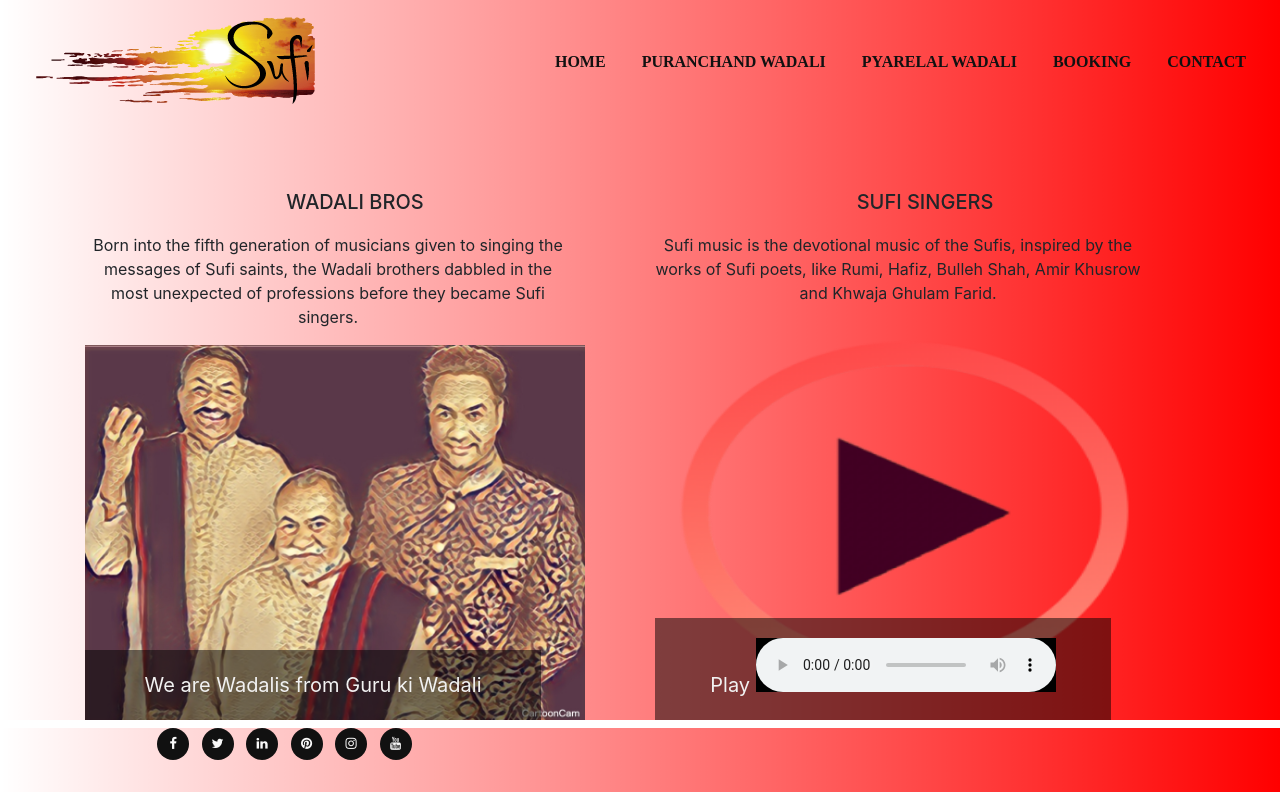
Repository: hankanallt/Wadalis
Page: index.html
The author's editor kept a record of every edit. The page is drawn from the files as they stood at one moment, then again after the next edit.
The browser window is 1280 px wide. The pictures show the whole page.

Above is the page before.

### index.html
<!DOCTYPE html>
<html lang="en">
<head>
    <meta charset="UTF-8">
    <meta name="viewport" content="width=device-width, initial-scale=1.0">
    <meta http-equiv="X-UA-Compatible" content="ie=edge">
    <link rel="stylesheet" href="style.css" type="text/css" />
    <link rel="stylesheet" href="https://stackpath.bootstrapcdn.com/bootstrap/4.3.1/css/bootstrap.min.css" integrity="sha384-ggOyR0iXCbMQv3Xipma34MD+dH/1fQ784/j6cY/iJTQUOhcWr7x9JvoRxT2MZw1T" crossorigin="anonymous">
    <script src="https://code.jquery.com/jquery-3.3.1.slim.min.js" integrity="sha384-q8i/X+965DzO0rT7abK41JStQIAqVgRVzpbzo5smXKp4YfRvH+8abtTE1Pi6jizo" crossorigin="anonymous"></script>
  <script src="https://cdnjs.cloudflare.com/ajax/libs/popper.js/1.14.7/umd/popper.min.js" integrity="sha384-UO2eT0CpHqdSJQ6hJty5KVphtPhzWj9WO1clHTMGa3JDZwrnQq4sF86dIHNDz0W1" crossorigin="anonymous"></script>
  <script src="https://stackpath.bootstrapcdn.com/bootstrap/4.3.1/js/bootstrap.min.js" integrity="sha384-JjSmVgyd0p3pXB1rRibZUAYoIIy6OrQ6VrjIEaFf/nJGzIxFDsf4x0xIM+B07jRM" crossorigin="anonymous"></script>
    <link rel="stylesheet" href="https://stackpath.bootstrapcdn.com/font-awesome/4.7.0/css/font-awesome.min.css" type="text/css" />

    <title>Wadali Bros</title>


</head>
<body>

    <section id=" nav-bar" >
  <nav class="navbar navbar-expand-lg navbar-light">
  <a class="navbar-brand" href="#"><img src="images/Logo-sufi.png"></a>

  <button class="navbar-toggler" type="button" data-toggle="collapse" data-target="#navbarNav"
  aria-controls="navbarNav" aria-expanded="false" aria-label="Toggle navigation">
    <i class="fa fa-bars"></i>
  </button>

  <div class="collapse navbar-collapse" id="navbarNav">
    <ul class="navbar-nav ml-auto">

      <li class="nav-item">
        <a class="nav-link" href="index.html">HOME</a>
      </li>
      <li class="nav-item">
        <a class="nav-link" href="puran.html">PURANCHAND WADALI</a>
      </li>
      <li class="nav-item">
        <a class="nav-link" href="pyare.html">PYARELAL WADALI</a>
      </li>
      <li class="nav-item">
        <a class="nav-link" href="book.html">BOOKING</a>
      </li>
      <li class="nav-item">
        <a class="nav-link" href="contact.html">CONTACT</a>
      </li>
    </ul>
  </div>
</nav>
    </section>

  <!-----------------banner--------------------->

  <section id= "banner" >
    <div class="container">
      <div class="row">
        <div class="col-md-6">

          <p class="title">WADALI BROS</p>
          <p class="center">Born into the fifth generation of musicians given to singing the messages of Sufi saints,
            the Wadali brothers dabbled in the most unexpected of professions before they became Sufi singers.
          </p>
          <a href="https://www.hindustantimes.com/music/sufi-style-joining-the-wadali-family-tradition-with-a-twist-of-fusion/story-YBfGZiv7FvyeA1krT0Z8UJ.html"><img src="images/wadalibros.jpg" width="500"></a>
          <div class="overlay">We are Wadalis from Guru ki Wadali
          </div>

          </div>

          <div class="col-md-6">
          <p class="title">SUFI SINGERS</p>
          <p class="center">Sufi music is the devotional music of the Sufis, inspired by the works of Sufi poets, like Rumi, Hafiz, Bulleh Shah, Amir Khusrow and Khwaja Ghulam Farid.</p>

          <a href="#"><img src="images/play button.png" onClick="document.getElementById('audio_play').play(); return false;"  width="500" height="380"></a>
          <div class="overlay">Play

          <audio id="audio_play" controls id="controls">
    <source src="kamli.mp3" type="audio/mpeg" />
          </audio>
          </div>

        </div>
      </div>
    </div>
  </section>
  <footer class="mainfooter">
    <div class="col-sm-4" ml-auto>
                <h5 class="uppercase general-sub"></h5>

                <ul class="list-inline social-links">
                    <li class="list-inline-item">
                        <a target="_blank" href="https://www.facebook.com/thewadalibrothers/">
                            <i class="fa fa-facebook" aria-hidden="true"></i>
                            <span class="sr-only">Facebook</span>
                        </a>
                    </li>
                    <li class="list-inline-item">
                        <a target="_blank" href="https://twitter.com/wadalibrothers?lang=en">
                            <i class="fa fa-twitter" aria-hidden="true"></i>
                            <span class="sr-only">Twitter</span>
                        </a>
                    </li>
                    <li class="list-inline-item">
                        <a target="_blank" href="https://in.linkedin.com/in/wadali-brothers-322633147">
                            <i class="fa fa-linkedin" aria-hidden="true"></i>
                            <span class="sr-only">LinkedIn</span>
                        </a>
                    </li>
                    <li class="list-inline-item">
                        <a target="_blank" href="https://in.pinterest.com/wadalibrothers/">
                            <i class="fa fa-pinterest" aria-hidden="true"></i>
                            <span class="sr-only">Pinterest</span>
                        </a>
                    </li>
                    <li class="list-inline-item">
                        <a target="_blank" href="https://www.instagram.com/explore/tags/wadalibrothers/">
                            <i class="fa fa-instagram" aria-hidden="true"></i>
                            <span class="sr-only">Instagram</span>
                        </a>
                    </li>
                    <li class="list-inline-item">
                        <a target="_blank" href="https://www.youtube.com/watch?v=tL5sYdlk20I">
                            <i class="fa fa-youtube" aria-hidden="true"></i>
                            <span class="sr-only">YouTube</span>
                        </a>
                    </li>
                </ul>
            </div>

    </footer>

</body>
</html>

### style.css
*
{
    margin:0;
    padding: 0;
}

.body
{
    font-family: sans-serif;
}

#nav-bar
{
    position: absolute;
    top: 0;
    z-index: auto;
}

.navbar
{
 background-image: linear-gradient(to right, rgba(255,0,0,0), rgba(255,0,0,1));
}

.navbar-brand-img
{
    height: 15%;
    padding-left: 20;
    resize: auto;
}

.navbar-nav li
{
    padding: 0 10px;
}

.navbar-nav li a
{
color : #111111 !important ;
font-weight : 600;
font-family: cursive;
float: right;
text-align: left;

}

.navbar-nav li a i:hover {
    background: #111111;
    transition: all 0.35s ease-in-out;
    -moz-transition: all 0.35s ease-in-out;
    -webkit-transition: all 0.35s ease-in-out;
    -o-transition: all 0.35s ease-in-out;

}

.fa-bars
{
    color: #fff;
    font-size: 30px;
}

.navbar-toggler{
    outline: none;
}

.center
{
    text-align: center;
    width: 90%;

}

.p
{
    background-color: silver;
    color: blue;

}

#banner
{
    background-image: linear-gradient(to right, rgba(255,0,0,0), rgba(255,0,0,1));
    padding-top: 5%;
    background-position: center;
    background-repeat: no-repeat;
    background-size: cover;
    min-height: 360px;
    transition: all .5s ease-in-out;
    -moz-transition: all .5s ease-in-out;
    -webkit-transition: all .5s ease-in-out;
}

.title
{
    font-size: 20px;
    font-weight: 500;
    text-align: center;
    display: block;
}

.img{
    border-color: black;
    border-radius: 2px;

}

.img1{
    border-color: black;
    border-radius: 2px;

}

.controls{
    color:transparent;
}
.overlay {
position: absolute;
  bottom: 0;
  background: rgb(0, 0, 0);
  background: rgba(0, 0, 0, 0.5); /* Black see-through */
  color: #f1f1f1;
  width: 80%;
  transition: .5s ease;
  opacity:5;
  font-size: 20px;
  padding: 20px;
  text-align: center;
}

/* When you mouse over the container, fade in the overlay title */
.container:hover .overlay {
  opacity: 5;
  transition: ease-in-out;
}



#banner a
{
    color: black;
    text-decoration: none;
    font-family: cursive;
    font-weight: bold;
}

/*-------------------------------footer*/

.mainfooter
{
  background-image: linear-gradient(to right, rgba(255,0,0,0), rgba(255,0,0,1));
  padding-bottom: 5%;
  margin: auto;
}

#audio_play{
    background-color:black;

}
/*-------------------------social links----------*/


.social-links {
    padding-bottom: 15px;
    float: right
}



.social-links li a i {
    width: 32px;
    height: 32px;
    padding: 12px 0;
    border-radius: 50%;
    font-size: 13px;
    line-height: 7px;
    text-align: center;
    color: #fafafa;
    background: #111111;
    transition: all 0.35s ease-in-out;
    -moz-transition: all 0.35s ease-in-out;
    -webkit-transition: all 0.35s ease-in-out;
    -o-transition: all 0.35s ease-in-out;
}


.social-links li a i:hover {
    background: #e84610;
}
.footer{
    float: right;
}

/*-----------------contact form-----------*/

.contact-form{
    margin-top: 100px;
    color: black;
    text-transform: inherit;
    transition: all 4s ease-in-out;

}

.contact-form h1{
    font-size: 20px;
    line-height: 10px;

}

.contact-form h2{
    font-size: 10px;
}

.form{
    margin-top: 50px;
     transition: all 4s ease-in-out;

}

.formcontrol{
    width: 600px;
    border-bottom: 2px solid;
    color: black;
    font-size: 18px;
    margin-bottom: 16px;
    font-weight: bold

}

.formcontrol1{
    background-color: transparent;
    border-color: black;
    font-size: 20px;
    font-weight: bold;
    letter-spacing: 2px;
    height: 50px;
    margin-top: 20px;



}

.formcontrol1:hover{
    background-color: pink;
    cursor: pointer;
}

@media(min-width: 900px){
    .center-form{
    padding-top: 30;
    min-height: 240px;
    margin: 0 auto;
    max-width: 50%;
}
}

After the next edit:
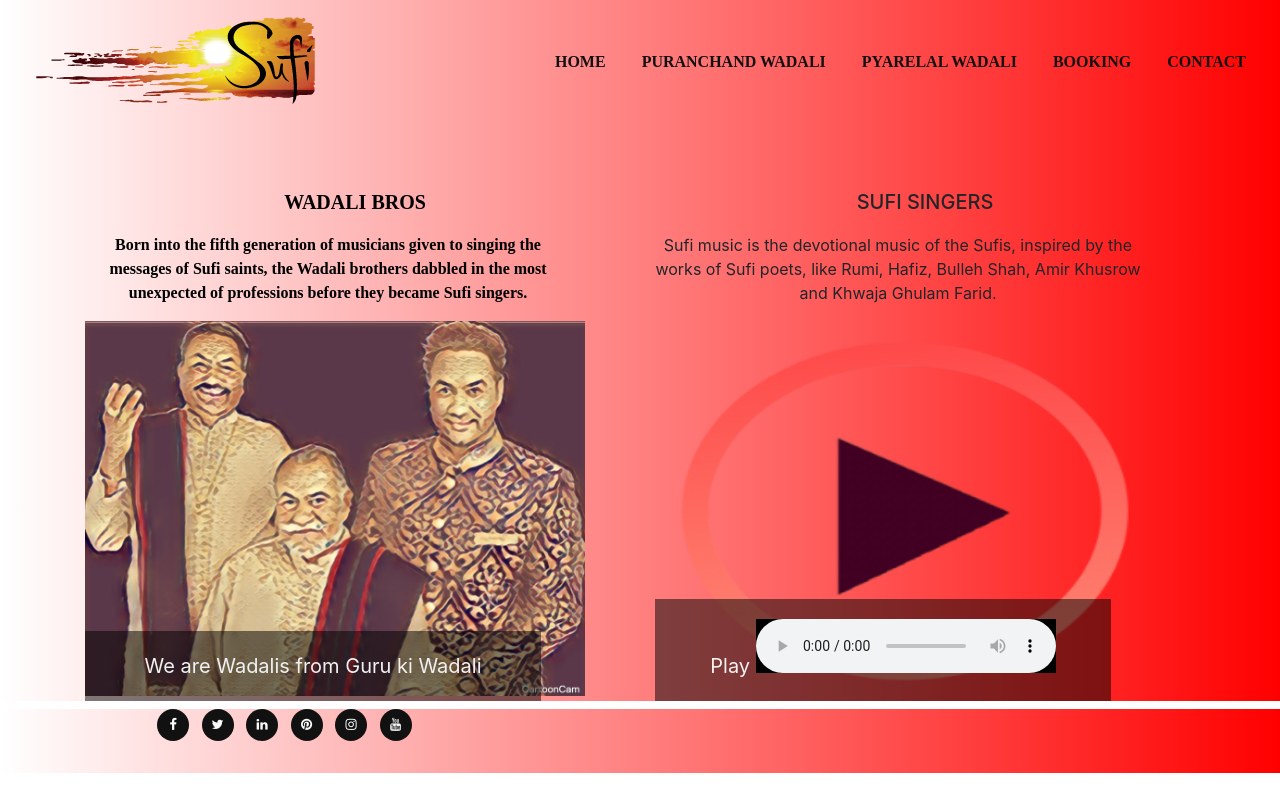
The edit:
--- a/index.html
+++ b/index.html
@@ -56,7 +56,7 @@
       <div class="row">
         <div class="col-md-6">
 
-          <p class="title">WADALI BROS</p>
+          <p class="title"><a href="#">WADALI BROS</p>
           <p class="center">Born into the fifth generation of musicians given to singing the messages of Sufi saints,
             the Wadali brothers dabbled in the most unexpected of professions before they became Sufi singers.
           </p>
